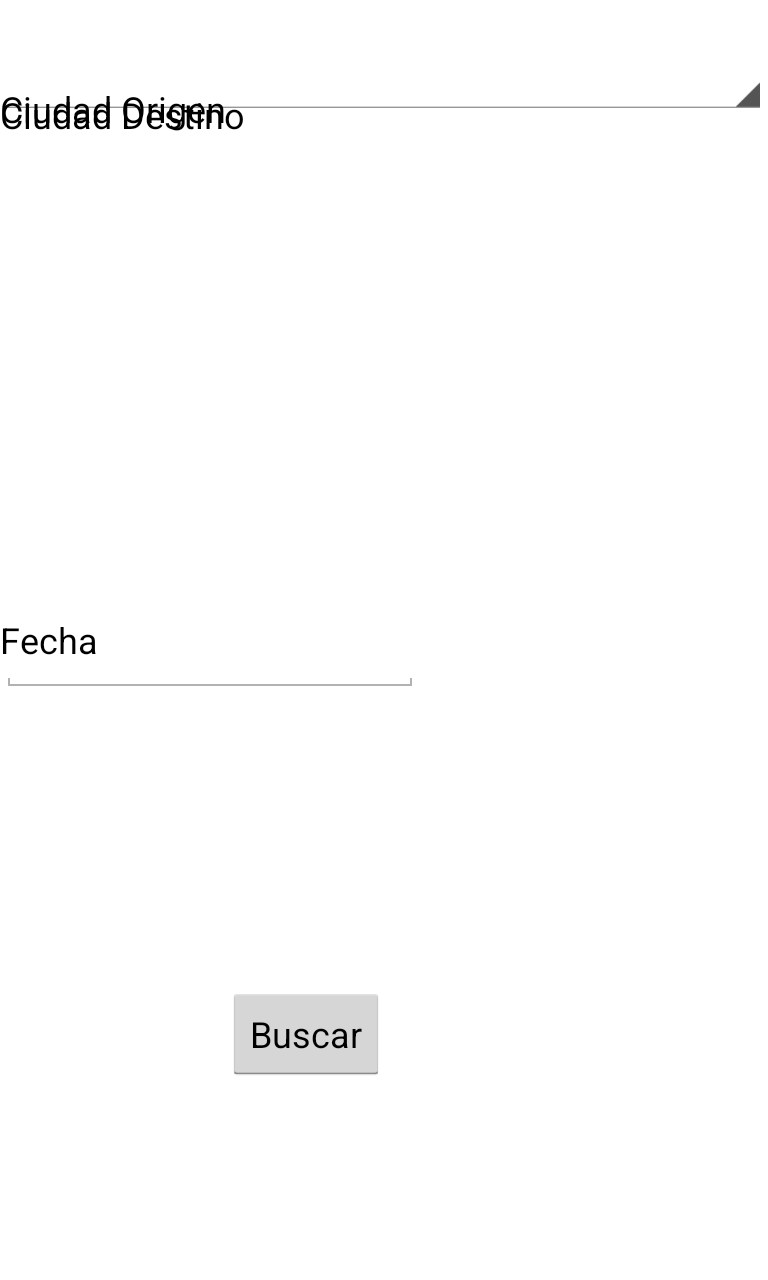
Repository: fmora/ProyectoMultimedios
Layout: MainActivity/MainActivity/res/layout/search_travel.xml
The author's editor kept a copy of each file at every save. The layout is drawn from the files as they stood at one save, then again after the next save.
It is drawn on a 768 x 1280 px phone screen (xhdpi) without system bars, with theme AppTheme; the app's code is not run. Lists and similar views that code fills are empty.

Above is the layout before, as saved 2013-12-20 02:20:20.

After the next save:
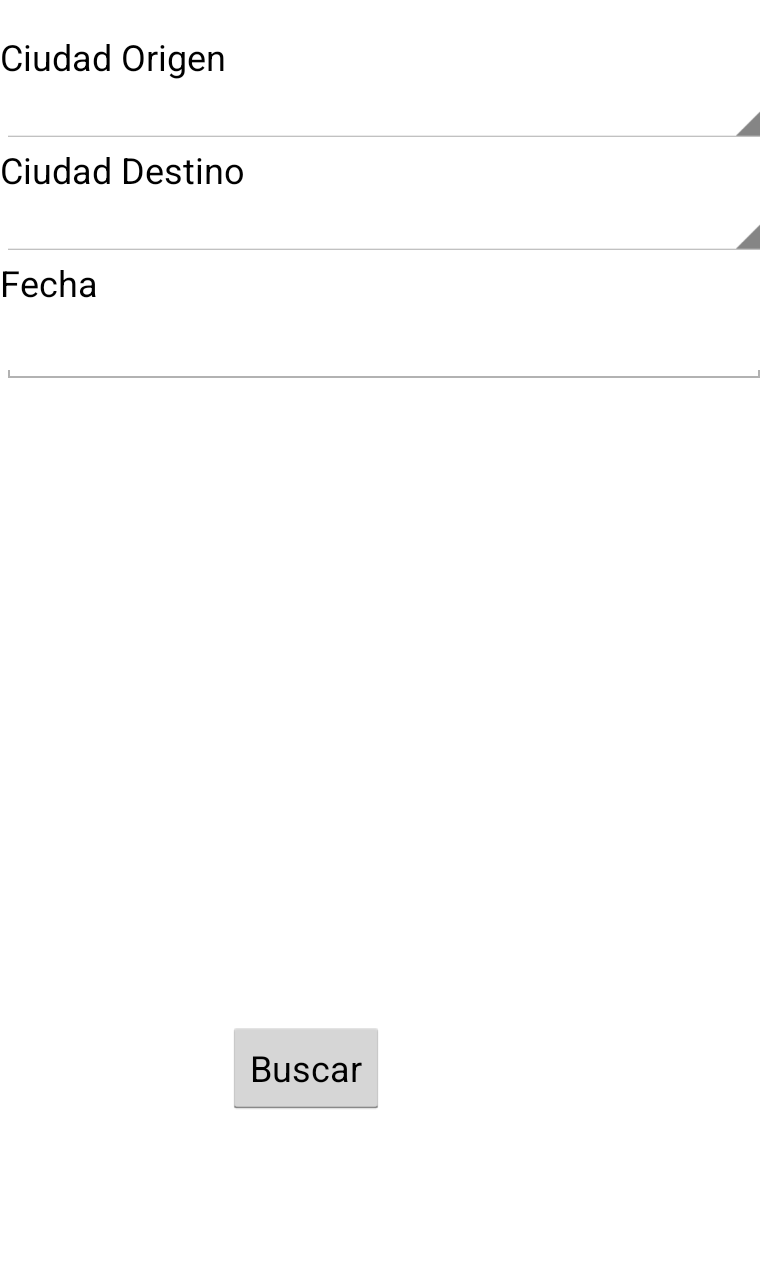
Saved 7 min 14 s later.
--- a/MainActivity/MainActivity/res/layout/search_travel.xml
+++ b/MainActivity/MainActivity/res/layout/search_travel.xml
@@ -4,74 +4,69 @@
     android:layout_height="match_parent"
     android:orientation="vertical" >
 
-    <Spinner
-        android:id="@+id/spinner1"
-        android:layout_width="match_parent"
-        android:layout_height="wrap_content"
-        android:layout_alignLeft="@+id/spinner2"
-        android:layout_alignParentTop="true"
-        android:layout_marginTop="26dp" />
-
-    <Spinner
-        android:id="@+id/spinner2"
-        android:layout_width="match_parent"
-        android:layout_height="wrap_content"
-        android:layout_alignParentTop="true"
-        android:layout_marginTop="26dp" />
-
     <TextView
         android:id="@+id/textView1"
         android:layout_width="wrap_content"
         android:layout_height="wrap_content"
         android:layout_alignParentLeft="true"
-        android:layout_alignTop="@+id/spinner1"
         android:layout_marginTop="16dp"
         android:text="@string/es_source"
         android:textAppearance="?android:attr/textAppearanceMedium" />
+
+    <Spinner
+        android:id="@+id/spinner1"
+        android:layout_width="match_parent"
+        android:layout_height="wrap_content"
+        android:layout_alignParentLeft="true"
+        android:layout_below="@+id/textView1" />
 
     <TextView
         android:id="@+id/textView2"
         android:layout_width="wrap_content"
         android:layout_height="wrap_content"
         android:layout_alignParentLeft="true"
-        android:layout_alignTop="@+id/spinner2"
-        android:layout_marginTop="19dp"
+        android:layout_below="@+id/spinner1"
         android:text="@string/es_destination"
         android:textAppearance="?android:attr/textAppearanceMedium" />
+
+    <Spinner
+        android:id="@+id/spinner2"
+        android:layout_width="match_parent"
+        android:layout_height="wrap_content"
+        android:layout_alignParentLeft="true"
+        android:layout_below="@+id/textView2" />
+
+    <TextView
+        android:id="@+id/TextView01"
+        android:layout_width="wrap_content"
+        android:layout_height="wrap_content"
+        android:layout_alignParentLeft="true"
+        android:layout_below="@+id/spinner2"
+        android:text="@string/es_date"
+        android:textAppearance="?android:attr/textAppearanceMedium" />
+
+    <EditText
+        android:id="@+id/editText1"
+        android:layout_width="wrap_content"
+        android:layout_height="wrap_content"
+        android:layout_alignParentLeft="true"
+        android:layout_alignParentRight="true"
+        android:layout_below="@+id/TextView01"
+        android:ems="10" />
 
     <Button
         android:id="@+id/button1"
         android:layout_width="wrap_content"
         android:layout_height="wrap_content"
         android:layout_alignParentBottom="true"
-        android:layout_marginBottom="99dp"
+        android:layout_marginBottom="82dp"
         android:layout_toRightOf="@+id/textView1"
         android:text="@string/es_search" />
-
-    <EditText
-        android:id="@+id/editText1"
-        android:layout_width="wrap_content"
-        android:layout_height="wrap_content"
-        android:layout_alignLeft="@+id/spinner2"
-        android:layout_alignTop="@+id/TextView01"
-        android:ems="10" >
-    </EditText>
-
-    <TextView
-        android:id="@+id/TextView01"
-        android:layout_width="wrap_content"
-        android:layout_height="wrap_content"
-        android:layout_alignParentLeft="true"
-        android:layout_centerVertical="true"
-        android:text="@string/es_date"
-        android:textAppearance="?android:attr/textAppearanceMedium" />
 
     <ListView
         android:id="@+id/listView1"
         android:layout_width="match_parent"
         android:layout_height="wrap_content"
         android:layout_alignParentLeft="true"
-        android:layout_alignParentTop="true" >
-    </ListView>
-
+        android:layout_alignParentTop="true" />
 </RelativeLayout>
